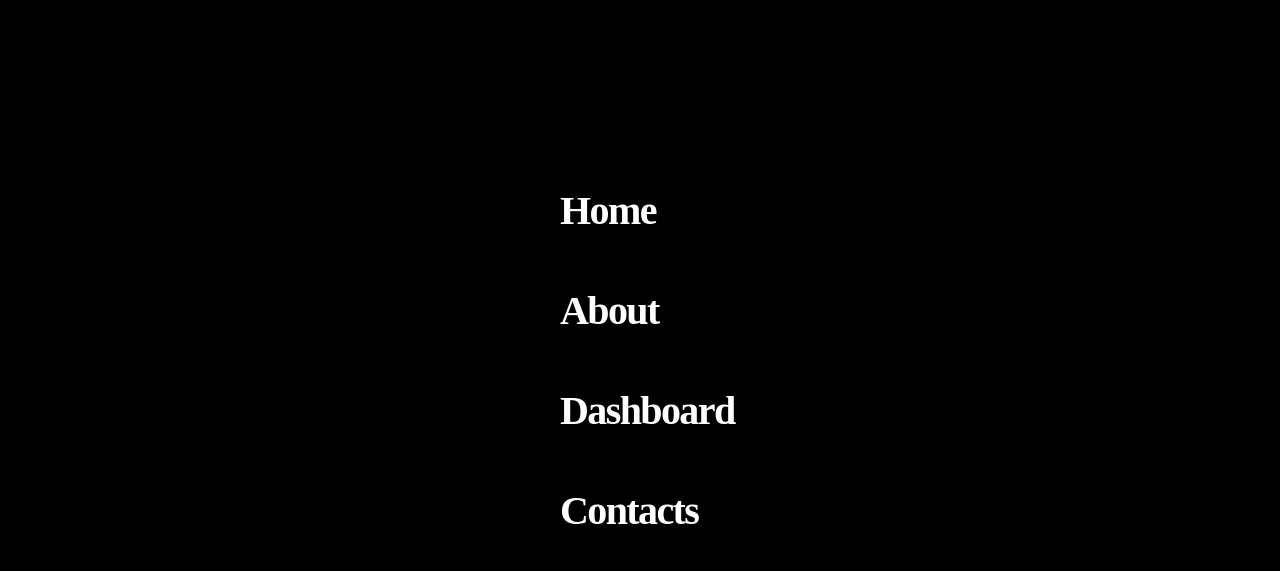
Repository: Rinzlerte/react-reveale-animation
Page: /menu
These files come from the project's save history. The page is drawn as it stood at one moment and after the next save; the edit follows.
The browser window is 1280 px wide. The pictures show the whole page.
The project was rebuilt for these pictures with package versions that can differ from the ones it lists, and the page was loaded fresh each time. Also part of the build but not shown: src/components/home/Featured.jsx, src/components/home/Header.jsx, src/components/ui/ArrowBtn.js, src/components/home/Home.jsx.

Above is the page before, as saved 2019-10-18 23:49:26.

After the next save:
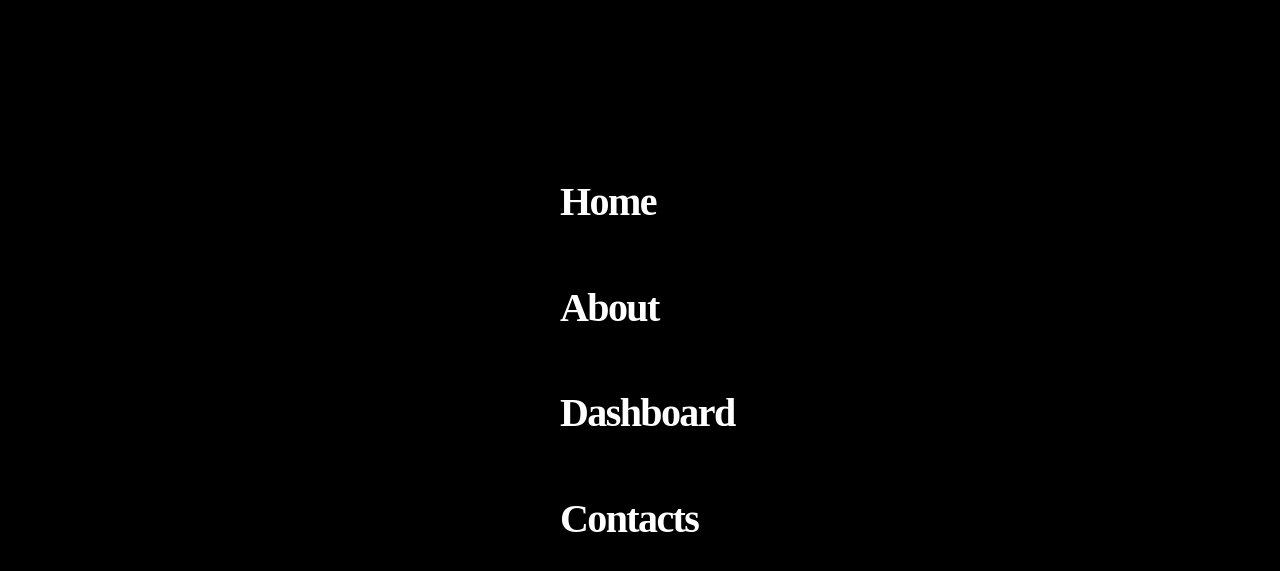
Saved 42 s later.
--- a/src/components/navigation/Navigation.jsx
+++ b/src/components/navigation/Navigation.jsx
@@ -11,8 +11,11 @@ const Navigation = () =>  (
     <div className="menu"  style={{ height:`${window.innerHeight}px`}}>
         <List className="menu-box">
             <ListItem><Link className="menu-box-link" to="/">Home</Link></ListItem>
+            <Divider/>
             <ListItem><Link className="menu-box-link" to="/about">About</Link></ListItem>
+            <Divider/>
             <ListItem><Link className="menu-box-link" to="/proects">Dashboard</Link></ListItem>
+            <Divider/>
             <ListItem><Link className="menu-box-link" to="/contacts">Contacts</Link></ListItem>
         </List>
     </div>
